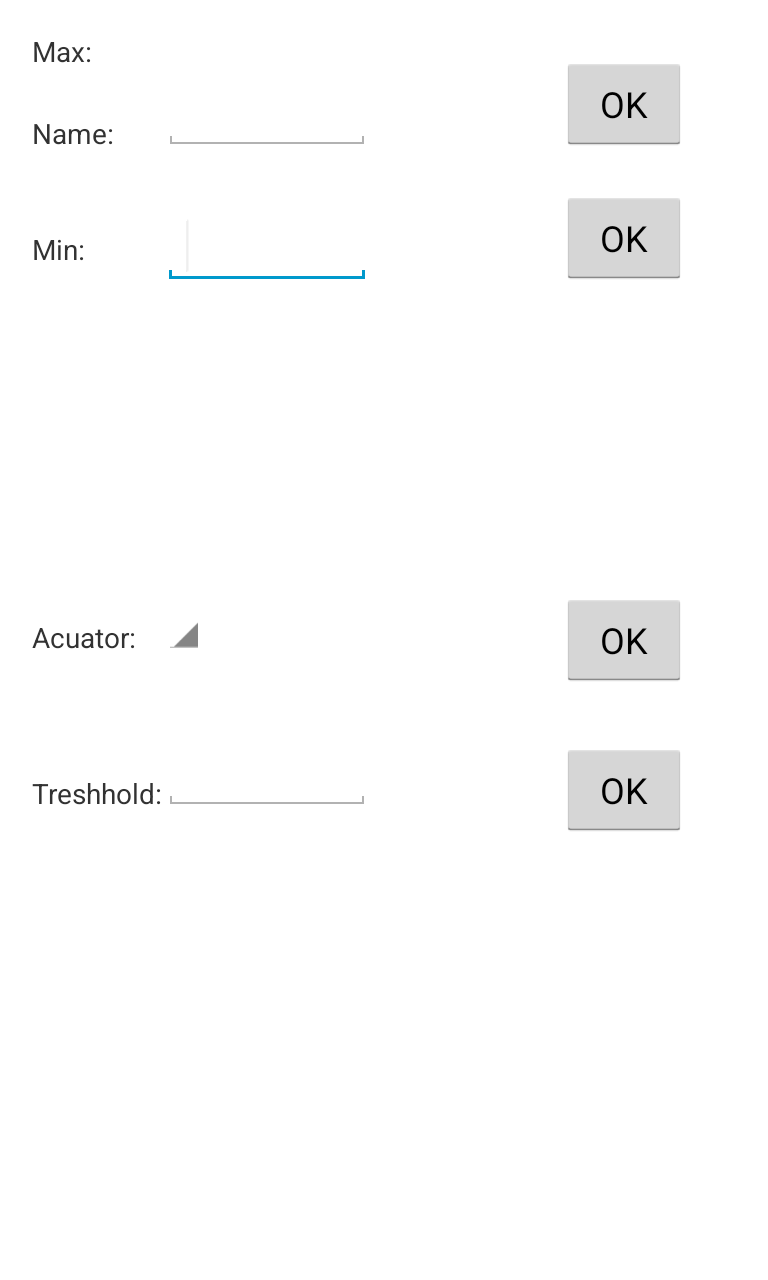
Repository: CTIS-SP-Team5/greenAgent
Layout: Android/GreenAgent/GreenAgent/res/layout/activity_view_setting.xml
These files come from the project's save history. The layout is drawn as it stood at one moment and after the next save; the edit follows.
It is drawn on a 768 x 1280 px phone screen (xhdpi) without system bars, with theme AppTheme; the app's code is not run.

Above is the layout before, as saved 2014-05-05 18:15:02.

### Android/GreenAgent/GreenAgent/res/layout/activity_view_setting.xml
<RelativeLayout xmlns:android="http://schemas.android.com/apk/res/android"
    xmlns:tools="http://schemas.android.com/tools"
    android:layout_width="match_parent"
    android:layout_height="match_parent"
    android:paddingBottom="@dimen/activity_vertical_margin"
    android:paddingLeft="@dimen/activity_horizontal_margin"
    android:paddingRight="@dimen/activity_horizontal_margin"
    android:paddingTop="@dimen/activity_vertical_margin"
    tools:context=".ViewSettingActivity" >

    <TextView
        android:id="@+id/textView1"
        android:layout_width="wrap_content"
        android:layout_height="wrap_content"
        android:layout_alignLeft="@+id/textView2"
        android:layout_below="@+id/textView2"
        android:layout_marginTop="39dp"
        android:text="Min:" />

    <TextView
        android:id="@+id/textView2"
        android:layout_width="wrap_content"
        android:layout_height="wrap_content"
        android:layout_alignParentTop="true"
        android:layout_marginTop="41dp"
        android:text="Name:" />

    <EditText
        android:id="@+id/editText1"
        android:layout_width="wrap_content"
        android:layout_height="wrap_content"
        android:layout_alignBottom="@+id/textView2"
        android:layout_toRightOf="@+id/textView5"
        android:ems="5" />

    <EditText
        android:id="@+id/editText2"
        android:layout_width="wrap_content"
        android:layout_height="wrap_content"
        android:layout_alignBaseline="@+id/textView1"
        android:layout_alignBottom="@+id/textView1"
        android:layout_alignLeft="@+id/editText1"
        android:ems="5" >

        <requestFocus />
    </EditText>

    <Button
        android:id="@+id/button2"
        android:layout_width="wrap_content"
        android:layout_height="wrap_content"
        android:layout_alignBottom="@+id/editText2"
        android:layout_alignLeft="@+id/button1"
        android:text="OK" />

    <Button
        android:id="@+id/button1"
        android:layout_width="wrap_content"
        android:layout_height="wrap_content"
        android:layout_alignBottom="@+id/editText1"
        android:layout_alignParentRight="true"
        android:layout_marginRight="24dp"
        android:text="OK" />

    <Button
        android:id="@+id/button5"
        android:layout_width="wrap_content"
        android:layout_height="wrap_content"
        android:layout_alignBaseline="@+id/textView5"
        android:layout_alignBottom="@+id/textView5"
        android:layout_alignLeft="@+id/button4"
        android:text="OK" />

    <Button
        android:id="@+id/button4"
        android:layout_width="wrap_content"
        android:layout_height="wrap_content"
        android:layout_alignLeft="@+id/button3"
        android:layout_centerVertical="true"
        android:text="OK" />

    <EditText
        android:id="@+id/editText5"
        android:layout_width="wrap_content"
        android:layout_height="wrap_content"
        android:layout_alignBottom="@+id/textView5"
        android:layout_alignLeft="@+id/editText3"
        android:ems="5" />

    <TextView
        android:id="@+id/textView5"
        android:layout_width="wrap_content"
        android:layout_height="wrap_content"
        android:layout_alignLeft="@+id/textView4"
        android:layout_below="@+id/spinner1"
        android:layout_marginTop="59dp"
        android:text="Treshhold:" />

    <TextView
        android:id="@+id/textView4"
        android:layout_width="wrap_content"
        android:layout_height="wrap_content"
        android:layout_alignBottom="@+id/spinner1"
        android:layout_alignLeft="@+id/textView1"
        android:text="Acuator:" />

    <TextView
        android:id="@+id/textView3"
        android:layout_width="wrap_content"
        android:layout_height="wrap_content"

        android:text="Max:" />

    <Spinner
        android:id="@+id/spinner1"
        android:layout_width="wrap_content"
        android:layout_height="wrap_content"
        android:layout_alignLeft="@+id/editText3"
        android:layout_alignTop="@+id/button4" />

    <Button
        android:id="@+id/button3"
        android:layout_width="wrap_content"
        android:layout_height="wrap_content"
        android:layout_above="@+id/textView3"
        android:layout_alignLeft="@+id/button2"
        android:text="OK" />

    <EditText
        android:id="@+id/editText3"
        android:layout_width="wrap_content"
        android:layout_height="wrap_content"
        android:layout_above="@+id/textView3"
        android:layout_toRightOf="@+id/textView5"
        android:ems="5" />

</RelativeLayout>

Loaded but not shown: Android/GreenAgent/GreenAgent/res/values/styles.xml (common file); Android/GreenAgent/GreenAgent/res/values-v11/styles.xml (common file); Android/GreenAgent/GreenAgent/res/values-v14/styles.xml (common file); Android/GreenAgent/GreenAgent/res/values/dimens.xml (common file)

After the next save:
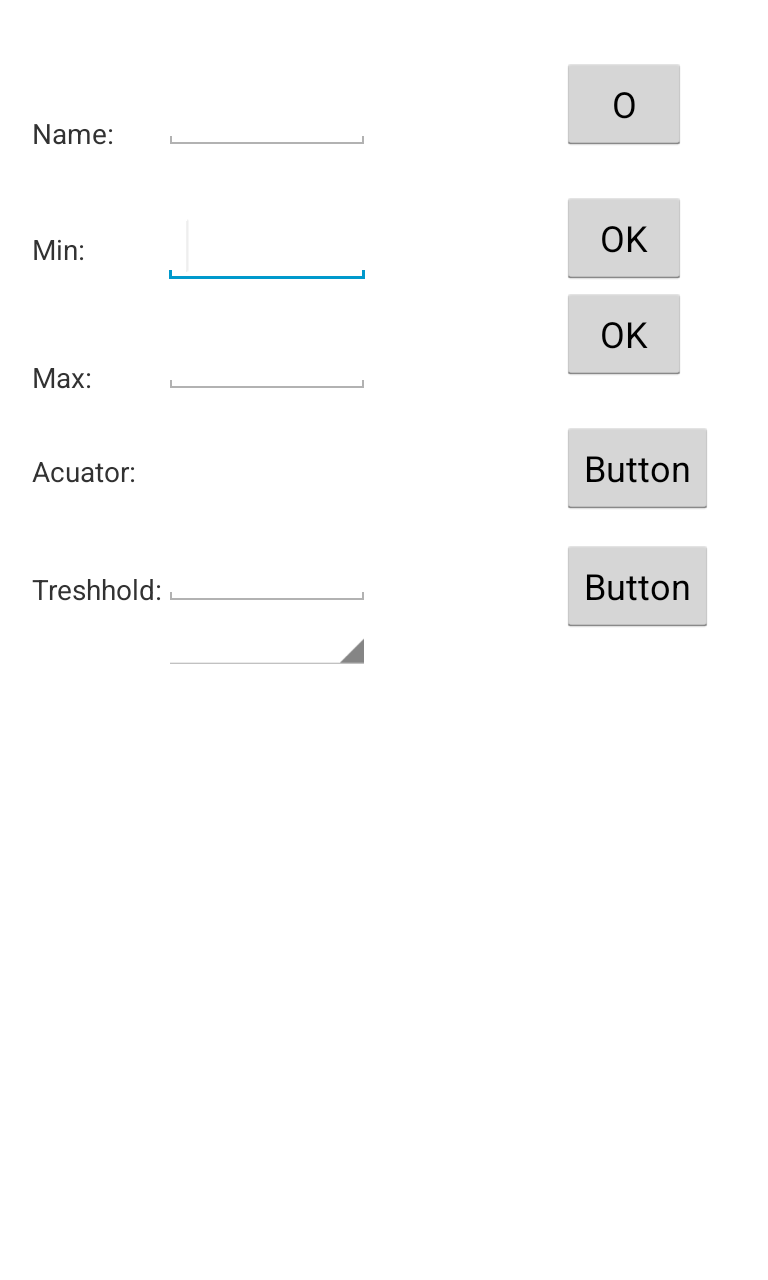
Saved 57 s later.
--- a/Android/GreenAgent/GreenAgent/res/layout/activity_view_setting.xml
+++ b/Android/GreenAgent/GreenAgent/res/layout/activity_view_setting.xml
@@ -7,6 +7,33 @@
     android:paddingRight="@dimen/activity_horizontal_margin"
     android:paddingTop="@dimen/activity_vertical_margin"
     tools:context=".ViewSettingActivity" >
+
+    <TextView
+        android:id="@+id/textView5"
+        android:layout_width="wrap_content"
+        android:layout_height="wrap_content"
+        android:layout_alignLeft="@+id/textView4"
+        android:layout_below="@+id/textView4"
+        android:layout_marginTop="40dp"
+        android:text="Treshhold:" />
+
+    <TextView
+        android:id="@+id/textView4"
+        android:layout_width="wrap_content"
+        android:layout_height="wrap_content"
+        android:layout_alignLeft="@+id/textView3"
+        android:layout_below="@+id/editText3"
+        android:layout_marginTop="28dp"
+        android:text="Acuator:" />
+
+    <TextView
+        android:id="@+id/textView3"
+        android:layout_width="wrap_content"
+        android:layout_height="wrap_content"
+        android:layout_alignLeft="@+id/textView1"
+        android:layout_below="@+id/editText2"
+        android:layout_marginTop="36dp"
+        android:text="Max:" />
 
     <TextView
         android:id="@+id/textView1"
@@ -45,6 +72,38 @@
         <requestFocus />
     </EditText>
 
+    <EditText
+        android:id="@+id/editText3"
+        android:layout_width="wrap_content"
+        android:layout_height="wrap_content"
+        android:layout_alignBottom="@+id/textView3"
+        android:layout_alignLeft="@+id/editText2"
+        android:ems="5" />
+
+    <EditText
+        android:id="@+id/editText5"
+        android:layout_width="wrap_content"
+        android:layout_height="wrap_content"
+        android:layout_alignBottom="@+id/textView5"
+        android:layout_toRightOf="@+id/textView5"
+        android:ems="5" />
+
+    <Spinner
+        android:id="@+id/spinner1"
+        android:layout_width="wrap_content"
+        android:layout_height="wrap_content"
+        android:layout_alignLeft="@+id/editText5"
+        android:layout_alignRight="@+id/editText5"
+        android:layout_centerVertical="true" />
+
+    <Button
+        android:id="@+id/button3"
+        android:layout_width="wrap_content"
+        android:layout_height="wrap_content"
+        android:layout_alignRight="@+id/button2"
+        android:layout_below="@+id/button2"
+        android:text="OK" />
+
     <Button
         android:id="@+id/button2"
         android:layout_width="wrap_content"
@@ -60,7 +119,16 @@
         android:layout_alignBottom="@+id/editText1"
         android:layout_alignParentRight="true"
         android:layout_marginRight="24dp"
-        android:text="OK" />
+        android:text="O" />
+
+    <Button
+        android:id="@+id/button4"
+        android:layout_width="wrap_content"
+        android:layout_height="wrap_content"
+        android:layout_alignBaseline="@+id/textView4"
+        android:layout_alignBottom="@+id/textView4"
+        android:layout_alignLeft="@+id/button3"
+        android:text="Button" />
 
     <Button
         android:id="@+id/button5"
@@ -69,69 +137,6 @@
         android:layout_alignBaseline="@+id/textView5"
         android:layout_alignBottom="@+id/textView5"
         android:layout_alignLeft="@+id/button4"
-        android:text="OK" />
-
-    <Button
-        android:id="@+id/button4"
-        android:layout_width="wrap_content"
-        android:layout_height="wrap_content"
-        android:layout_alignLeft="@+id/button3"
-        android:layout_centerVertical="true"
-        android:text="OK" />
-
-    <EditText
-        android:id="@+id/editText5"
-        android:layout_width="wrap_content"
-        android:layout_height="wrap_content"
-        android:layout_alignBottom="@+id/textView5"
-        android:layout_alignLeft="@+id/editText3"
-        android:ems="5" />
-
-    <TextView
-        android:id="@+id/textView5"
-        android:layout_width="wrap_content"
-        android:layout_height="wrap_content"
-        android:layout_alignLeft="@+id/textView4"
-        android:layout_below="@+id/spinner1"
-        android:layout_marginTop="59dp"
-        android:text="Treshhold:" />
-
-    <TextView
-        android:id="@+id/textView4"
-        android:layout_width="wrap_content"
-        android:layout_height="wrap_content"
-        android:layout_alignBottom="@+id/spinner1"
-        android:layout_alignLeft="@+id/textView1"
-        android:text="Acuator:" />
-
-    <TextView
-        android:id="@+id/textView3"
-        android:layout_width="wrap_content"
-        android:layout_height="wrap_content"
-
-        android:text="Max:" />
-
-    <Spinner
-        android:id="@+id/spinner1"
-        android:layout_width="wrap_content"
-        android:layout_height="wrap_content"
-        android:layout_alignLeft="@+id/editText3"
-        android:layout_alignTop="@+id/button4" />
-
-    <Button
-        android:id="@+id/button3"
-        android:layout_width="wrap_content"
-        android:layout_height="wrap_content"
-        android:layout_above="@+id/textView3"
-        android:layout_alignLeft="@+id/button2"
-        android:text="OK" />
-
-    <EditText
-        android:id="@+id/editText3"
-        android:layout_width="wrap_content"
-        android:layout_height="wrap_content"
-        android:layout_above="@+id/textView3"
-        android:layout_toRightOf="@+id/textView5"
-        android:ems="5" />
+        android:text="Button" />
 
 </RelativeLayout>
